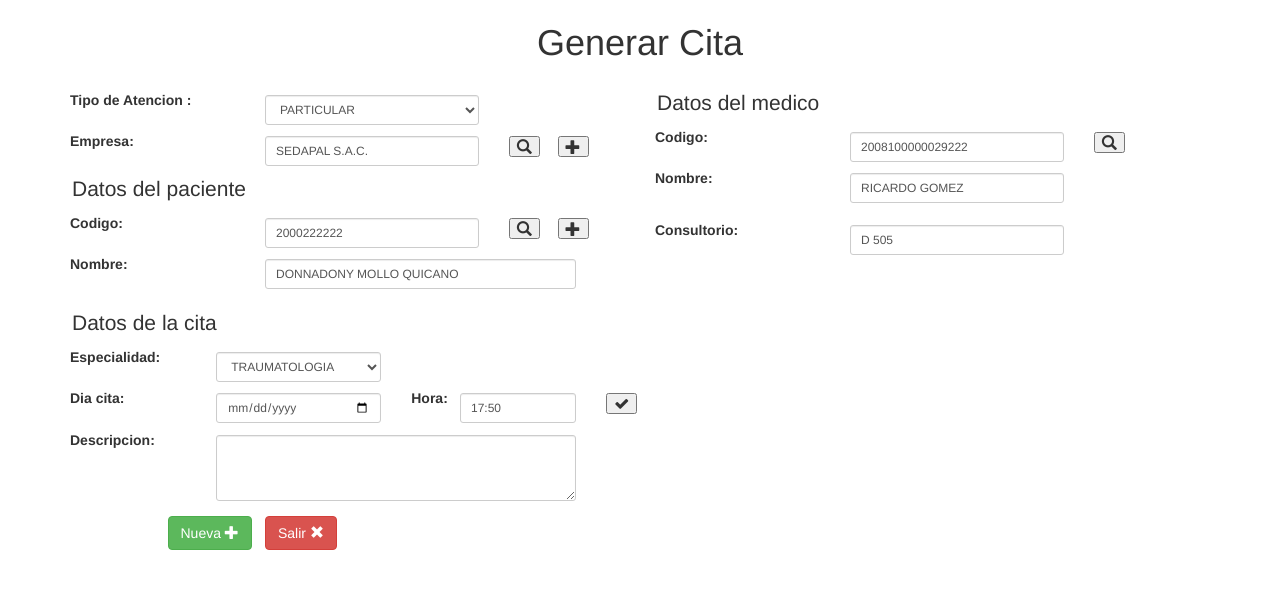
Repository: Donyx10/ADSII-ProyectoClinica
Page: http://localhost/AvanceWeb/GeneraCitaMedica.jsp
These files come from the project's save history. The page is drawn as it stood at one moment and after the next save; the edit follows.
The browser window is 1280 px wide. The pictures show the whole page.
Some web fonts or font styles are not loaded; a fallback is used. The page is served by Tomcat 9. Other server files are loaded and not shown.

Above is the page before, as saved 2018-06-04 05:25:10.

### WebDemo/AvanceWeb/WebContent/GeneraCitaMedica.jsp
<!DOCTYPE html>
<html lang="esS">
<head>
<meta charset="UTF-8">
<meta name="viewport"
	content="width=device-width, initial-scale=1, maximum-scale=1, user-scalable=no">
<script type="text/javascript" src="js/jquery.min.js"></script>
<script type="text/javascript" src="js/jquery.dataTables.min.js"></script>
<script type="text/javascript" src="js/dataTables.bootstrap.min.js"></script>
<script type="text/javascript" src="js/bootstrap.min.js"></script>
<script type="text/javascript" src="js/bootstrapValidator.js"></script>
<link rel="stylesheet" href="css/bootstrap.css" />
<link rel="stylesheet" href="css/dataTables.bootstrap.min.css" />
<link rel="stylesheet" href="css/style.css" />
<link rel="stylesheet" href="css/bootstrapValidator.css" />
<link rel="stylesheet"
	href="https://cdnjs.cloudflare.com/ajax/libs/font-awesome/4.7.0/css/font-awesome.min.css">
<title>Generar Cita</title>

</head>
<body>

	<div class="container" style="padding-top: 3px; line-height: 0.8;">
		<h1 align="center">Generar Cita</h1>
		<br>
		<br>
		<form action="generarCita" id="id_form">
			<div class="form-group row">
				<div class="col-md-6" >

					<div class="form-group row" align="left" id="atencion">
						<div class="col-md-12" >
							<div class="row">
								<div class="col-md-4">
									<label for="atencion">Tipo de Atencion : </label>
								</div>
								<div class="col-md-5">
									<select class="form-control input-sm" style="">
										<option>PARTICULAR
										<option>EPS
										<option>SEGURO
									</select>
								</div>
							</div>
							<br>
							<div class="row">
									<div class="col-md-4">
										<label class="" for="id_codigo">Empresa:</label>
									</div>
									<div class="col-md-5">
										<input class="form-control input-sm" type="text"
											value="SEDAPAL S.A.C." id="" name=""
											placeholder="Ingrese el codigo">
									</div>
									<div class="col-md-1" align="right">
										<button style="font-size: 15px">
											<i class="glyphicon glyphicon-search"></i>
										</button>
									</div>
									<div class="col-sm-1">
										<button style="font-size: 15px">
											<i class="glyphicon glyphicon-plus"></i>
										</button>
									</div>
								</div>

						</div>
					</div>

					<div class="form-group row" align="left" id="paciente">
						<div class="col-md-12" >
							<fieldset>
								<legend>Datos del paciente</legend>
								<div class="row">
									<div class="col-md-4">
										<label class="" for="id_codigo">Codigo:</label>
									</div>
									<div class="col-md-5">
										<input class="form-control input-sm" type="text"
											value="2000222222" id="" name=""
											placeholder="Ingrese el codigo">
									</div>
									<div class="col-md-1" align="right">
										<button style="font-size: 15px">
											<i class="glyphicon glyphicon-search"></i>
										</button>
									</div>
									<div class="col-sm-1">
										<button style="font-size: 15px">
											<i class="glyphicon glyphicon-plus"></i>
										</button>
									</div>
								</div>
								<br>
								<div class="row">
									<div class="col-md-4">
										<label class="" for="">Nombre:</label>
									</div>
									<div class="col-md-7">
										<input class="form-control input-sm" type="text"
											value="DONNADONY MOLLO QUICANO" id="" name=""
											placeholder="Ingrese el nombre" size="30">
									</div>
								</div>

							</fieldset>
						</div>

					</div>

					<br>
					<div class="form-group row" id="cita" >
						<div class="col-md-12">
							<fieldset>
								<legend>Datos de la cita </legend>
								<div class="row">
									<div class="col-md-3">
										<label class="" for="">Especialidad:</label>
									</div>
									<div class="col-md-4">
										<select class="form-control input-sm">
											<option>TRAUMATOLOGIA
											<option>CIRUJIA
											<option>GINECOLOGIA
										</select>
									</div>
								</div>
								<br>
								<!--
						<div class="row">
							<div class="col-md-3">
								<label class="" for="">Numero:</label>
							</div>
							<div class="col-md-3">
								<input class="form-control" type="text" id="" name="" value="001-000029"
									size="10" placeholder="Numero">
							</div>
						</div>
						<br>-->
								<div class="row">
									<div class="col-md-3">
										<label class="" for="id_codigo">Dia cita:</label>
									</div>
									<div class="col-md-4">
										<input class="form-control input-sm" type="date" id=""
											value="5/18/2018" name="" placeholder="Dia" size="10">

									</div>

									<div class="col-md-1">
										<label class="" for="id_codigo">Hora:</label>
									</div>
									<div class="col-md-3">
										<input class="form-control input-sm" type="text" id="" name=""
											value="17:50" placeholder="Hora" size="10">

									</div>
									<div class="col-md-1">
										<button style="font-size: 15px">
											<i class="fa fa-check"></i>
										</button>

									</div>
								</div>
								<br>
								<div class="row">
									<div class="col-md-3">
										<label class="" for="">Descripcion:</label>
									</div>
									<div class="col-lg-8">
										<textarea class="form-control input-sm" rows="3" id="comment"></textarea>
									</div>
								</div>
							</fieldset>
						</div>
					</div>
					<div class="form-group row" id="botones">
						<div class="col-md-2" align="center"></div>
						<div class="col-md-2" align="center">
							<button type="submit" class="btn btn-success">
								Nueva <span class="glyphicon glyphicon-plus"></span>
							</button>
						</div>
						<div class="col-md-2" align="center">
							<button type="submit" class="btn btn-danger">
								Salir <span class="glyphicon glyphicon-remove"></span>
							</button>
						</div>
					</div>
				</div>
				<div class="col-md-6" >
					<div class="form-group row" id="medico"
						">
						<div class="col-md-12" >
							<fieldset>
								<legend>Datos del medico</legend>

								<div class="row">
									<div class="col-md-4">
										<label class="" for="id_codigo">Codigo:</label>
									</div>
									<div class="col-md-5">
										<input class="form-control input-sm" type="text"
											id="id_codigo" value="2008100000029222"
											name="computadora.nombre" placeholder="Ingrese el codigo">

									</div>
									<div class="col-md-1">
										<button style="font-size: 15px">
											<i class="glyphicon glyphicon-search"></i>
										</button>
									</div>
								</div>
								<br>
								<div class="row">
									<div class="col-md-4">
										<label class="" for="">Nombre:</label>
									</div>
									<div class="col-md-5">
										<input class="form-control input-sm" type="text" id=""
											value="RICARDO GOMEZ" name="" placeholder="Ingrese el nombre">
									</div>
								</div>
								<br><!--
								<div class="row">
									<div class="col-md-4">
										<label class="" for="">Especialidad:</label>
									</div>
									<div class="col-md-5">
										<input class="form-control input-sm" type="text" id="" name=""
											value="ENDOCRINOLOGO" placeholder="Ingrese la especialidad">

								</div></div>-->
								<br>
								<div class="row">
									<div class="col-md-4">
										<label class="" for="">Consultorio:</label>
									</div>
									<div class="col-md-5">
										<input class="form-control input-sm" type="text" id="" name=""
											value="D 505" placeholder="Ingrese el consultorio">
									</div>
								</div>
							</fieldset>
						</div>
					</div>
				</div>
			</div>
		</form>
	</div>
</body>
</html>

### WebDemo/AvanceWeb/WebContent/css/style.css


.table-fixed {
	width: 100%;
	background-color: #f3f3f3;
}

.table-fixed tbody {
	height: 120px;
	overflow-y: auto;
	width: 100%;
}

.table-fixed thead, .table-fixed tbody, .table-fixed tr, .table-fixed td,
	.table-fixed th {
	display: block;
}

.table-fixed tbody td {
	float: left;
}

.table-fixed thead tr th {
	float: left;
	background-color: #f39c12;
	border-color: #e67e22;
}

legend {
    display: block;
    padding-left: 2px;
    padding-right: 2px;
    border: none;
}

Loaded but not shown: WebDemo/AvanceWeb/WebContent/js/jquery.min.js (library); WebDemo/AvanceWeb/WebContent/js/jquery.dataTables.min.js (library); WebDemo/AvanceWeb/WebContent/js/dataTables.bootstrap.min.js (common file); WebDemo/AvanceWeb/WebContent/js/bootstrap.min.js (library); WebDemo/AvanceWeb/WebContent/js/bootstrapValidator.js (library); WebDemo/AvanceWeb/WebContent/css/bootstrap.css (library); WebDemo/AvanceWeb/WebContent/css/dataTables.bootstrap.min.css (library); WebDemo/AvanceWeb/WebContent/css/bootstrapValidator.css (common file)

After the next save:
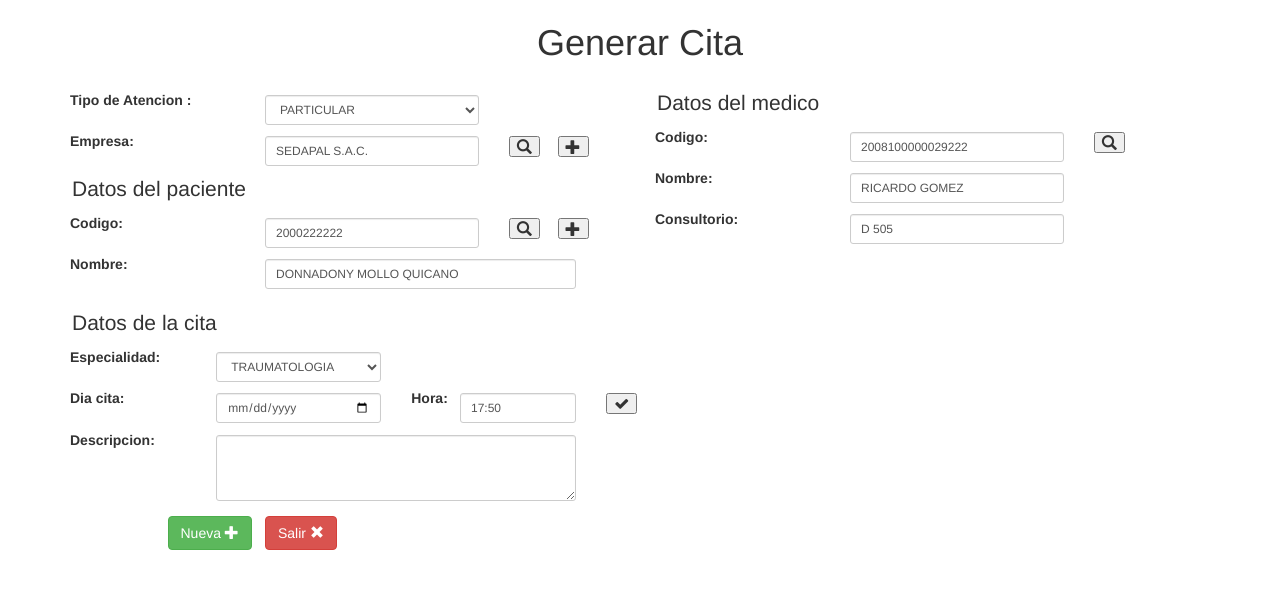
Saved 11 s later.
--- a/WebDemo/AvanceWeb/WebContent/GeneraCitaMedica.jsp
+++ b/WebDemo/AvanceWeb/WebContent/GeneraCitaMedica.jsp
@@ -221,7 +221,7 @@
 											value="RICARDO GOMEZ" name="" placeholder="Ingrese el nombre">
 									</div>
 								</div>
-								<br><!--
+								<!--  <br>
 								<div class="row">
 									<div class="col-md-4">
 										<label class="" for="">Especialidad:</label>
